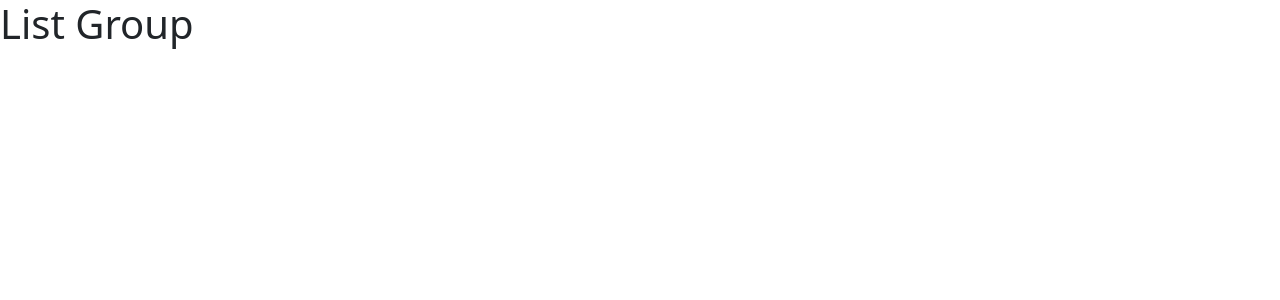
Repository: jongheonleee/react_tutorial_1
Page: /
An editor plug-in stored every save of this project. The page is shown before and after the next save, followed by the edit.
The browser window is 1280 px wide. The pictures show the whole page.
The project was rebuilt for these pictures with package versions that can differ from the ones it lists, and the page was loaded fresh each time. Also part of the build but not shown: vite.config.ts.

Above is the page before, as saved 2023-07-19 12:45:09.

### src/App.tsx
import ListGroup from './components/ListGroup';

function App() {
  return <div><ListGroup /></div>
}

export default App;

### src/components/ListGroup.tsx
function ListGroup() {
    return <h1>List Group</h1>;
}

export default ListGroup;

Loaded but not shown: index.html (common file); src/main.tsx (common file)

After the next save:
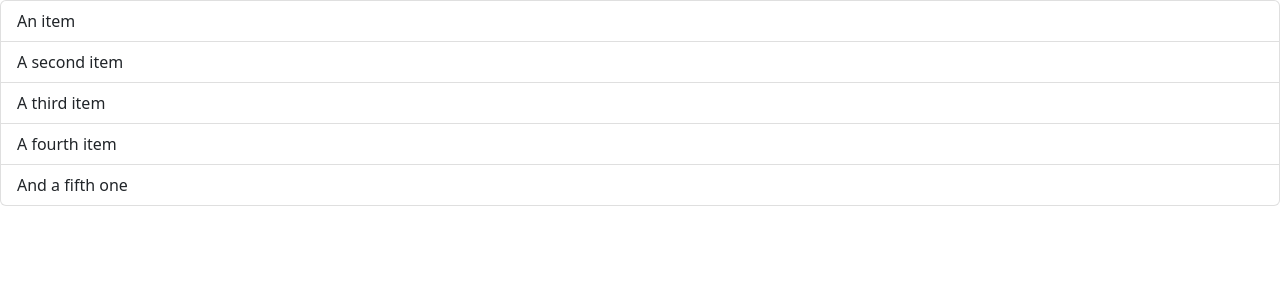
Saved 2 min 53 s later.
--- a/src/components/ListGroup.tsx
+++ b/src/components/ListGroup.tsx
@@ -1,5 +1,11 @@
 function ListGroup() {
-    return <h1>List Group</h1>;
+    return <ul className="list-group">
+    <li className="list-group-item">An item</li>
+    <li className="list-group-item">A second item</li>
+    <li className="list-group-item">A third item</li>
+    <li className="list-group-item">A fourth item</li>
+    <li className="list-group-item">And a fifth one</li>
+  </ul>;
 }
 
 export default ListGroup;
